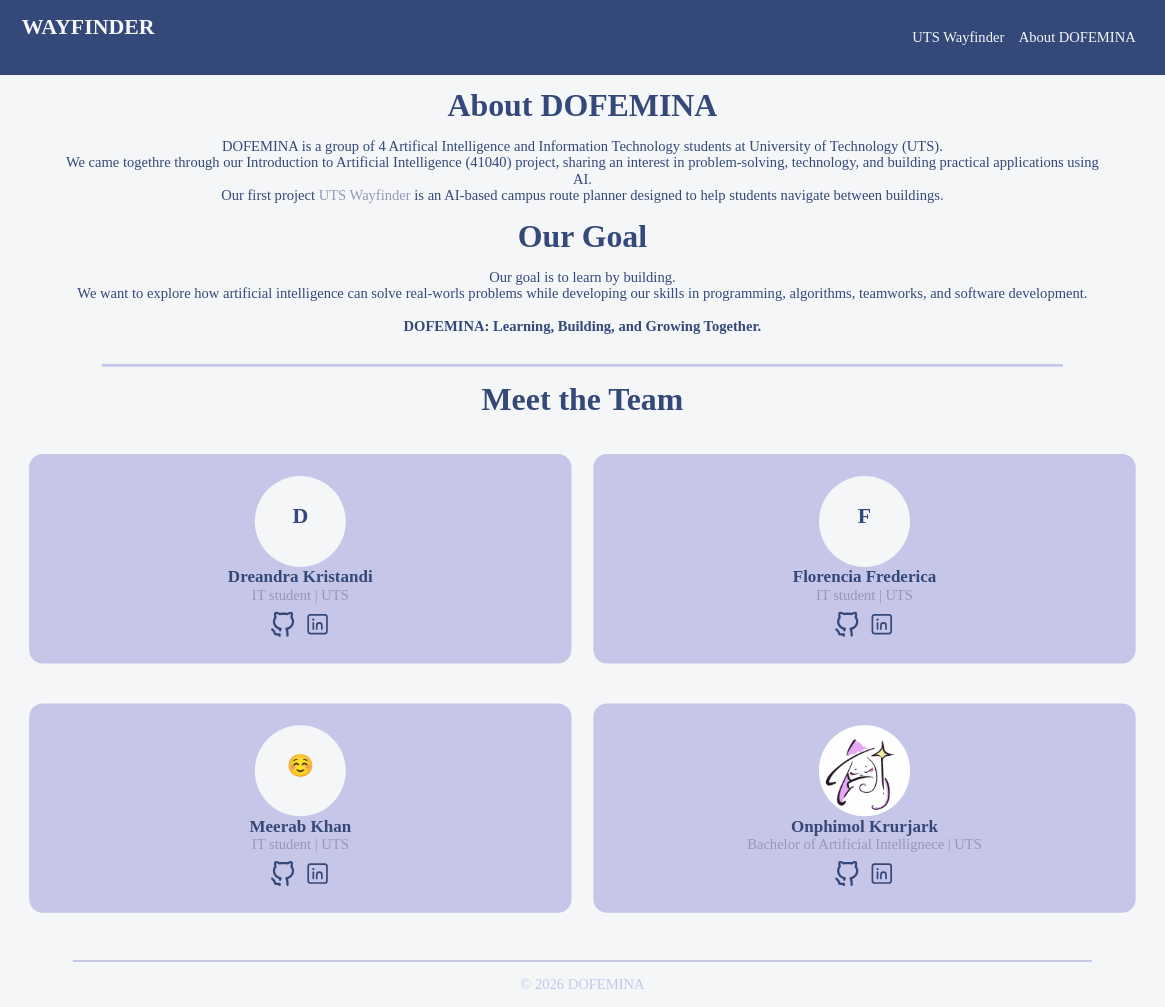
Repository: Meerab-K/uts-wayfinder
Page: html/about.html
An editor plug-in stored every save of this project. The page is shown before and after the next save, followed by the edit.
The browser window is 1280 px wide. The pictures show the whole page, at 91% of full size.
Some web fonts or font styles are not loaded; a fallback is used.

Above is the page before, as saved 2026-10-19 22:19:39.

After the next save:
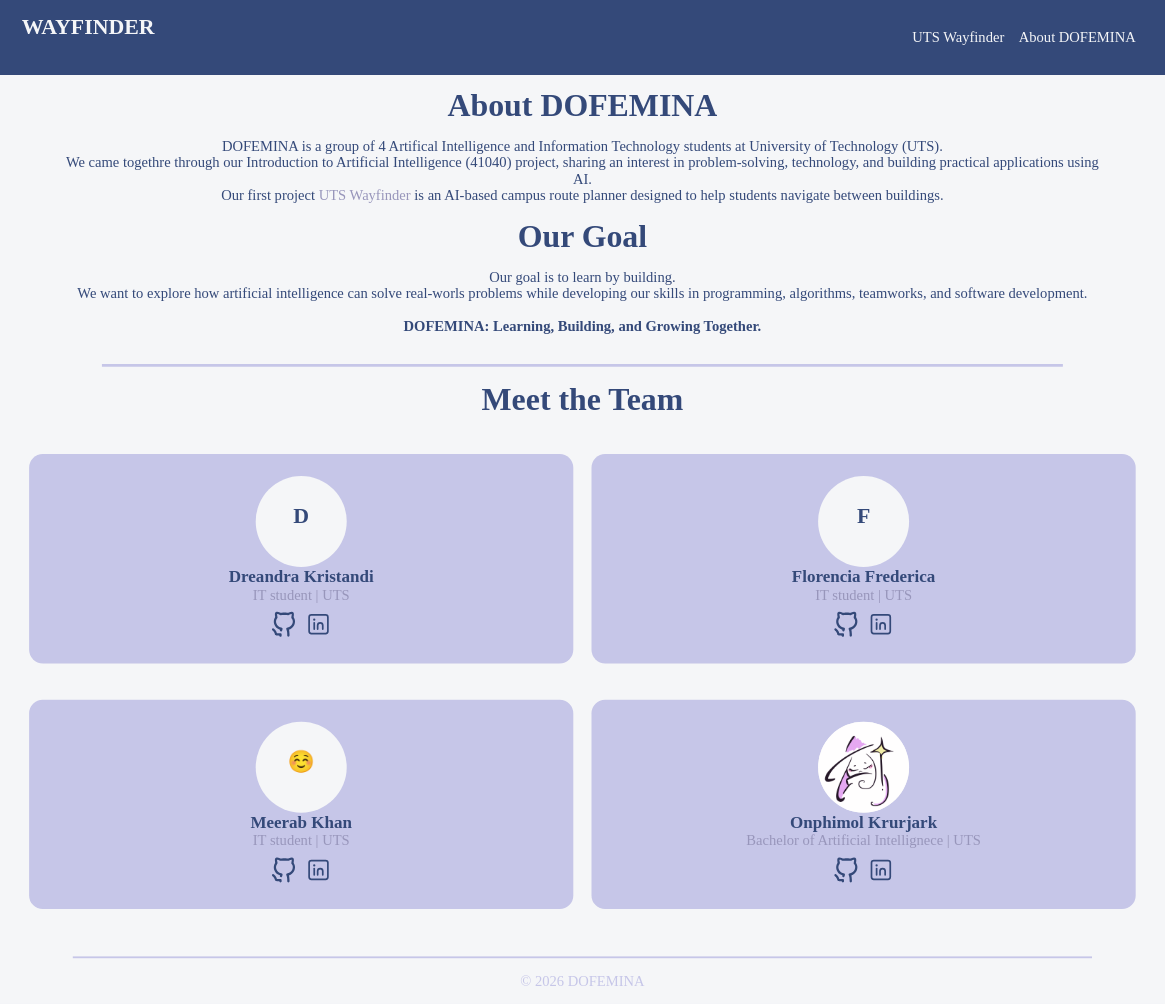
Saved 81 s later.
--- a/css/about.css
+++ b/css/about.css
@@ -27,8 +27,7 @@
 .team-contact {
     display: grid;
     grid-template-columns: repeat(2, minmax(0, 1fr));
-    justify-content: center;
-    gap: 24px;
+    gap: 20px;
     margin: 24px auto;
 }
 
